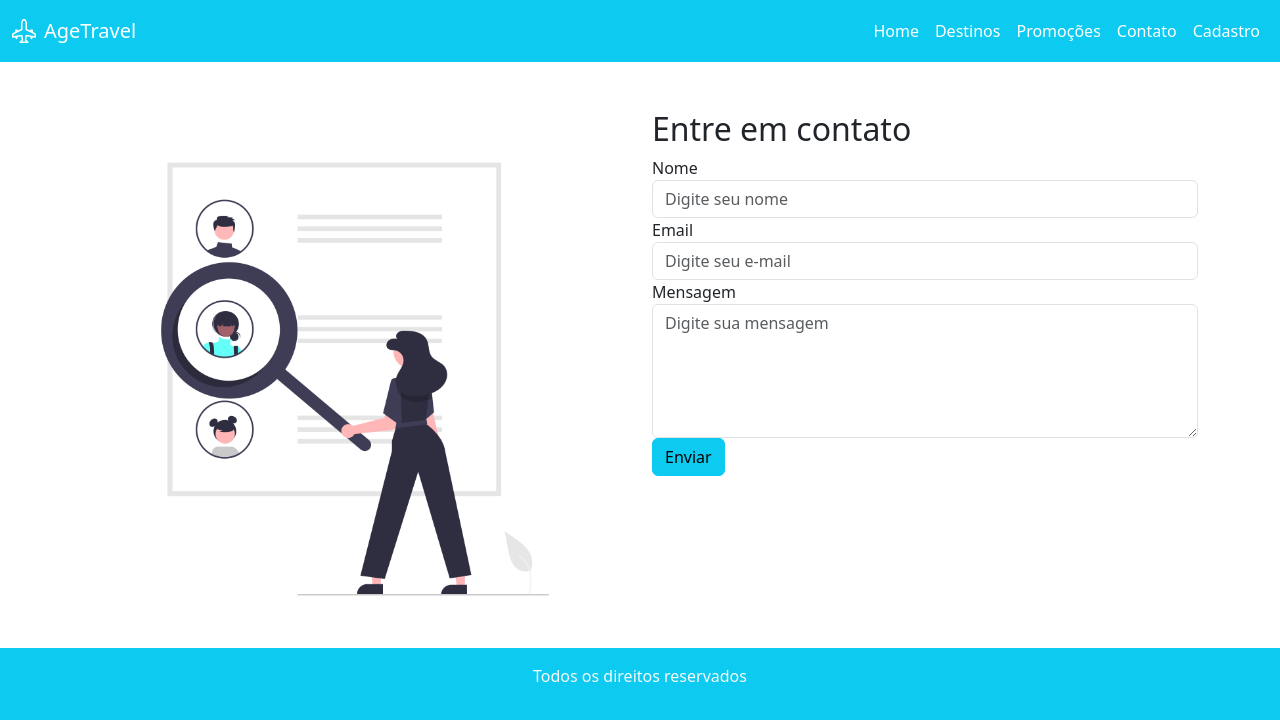
Repository: suyannepereira/modulo5
Page: http://localhost/contato
These files come from the project's save history. The page is drawn as it stood at one moment and after the next save; the edit follows.
The browser window is 1280 px wide. The pictures show the whole page.
Some web libraries are served in a nearby version. The page is this project's Thymeleaf template; nobody is signed in. The template is opened directly, without the code that normally fills it, so the values that code supplies are empty.

Above is the page before, as saved 2023-12-15 17:06:00.

After the next save:
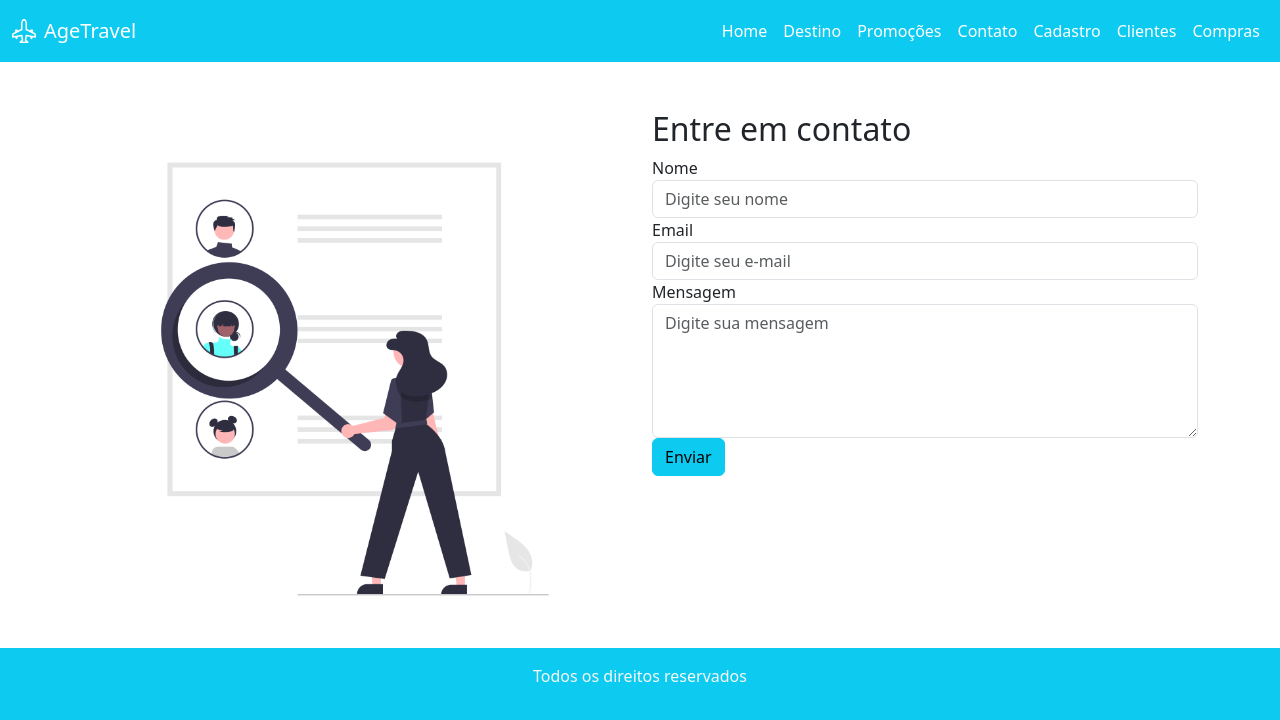
Saved 11 s later.
--- a/mod5/src/main/resources/templates/contato.html
+++ b/mod5/src/main/resources/templates/contato.html
@@ -34,11 +34,13 @@
           </button>
           <div class="collapse navbar-collapse" id="menuNavbar">
             <div class="navbar-nav ms-auto">
-              <a href="index.html" class="nav-link active">Home</a>
-              <a href="destino.html" class="nav-link active">Destinos</a>
-              <a href="promocao.html" class="nav-link active">Promoções</a>
-              <a href="contato.html" class="nav-link active">Contato</a>
-              <a href="cadastro.html" class="nav-link active">Cadastro</a>
+             <a href="/" class="nav-link active">Home</a>
+						<a href="/destino" class="nav-link active">Destino</a>
+						<a href="/promocoes" class="nav-link active">Promoções</a>
+						<a href="contato" class="nav-link active">Contato</a>
+						<a href="clientes/cadastrar" class="nav-link active">Cadastro</a>
+						<a href="clientes" class="nav-link active">Clientes</a>
+						<a href="compras" class="nav-link active">Compras</a>
             </div>
           </div>
         </div>
